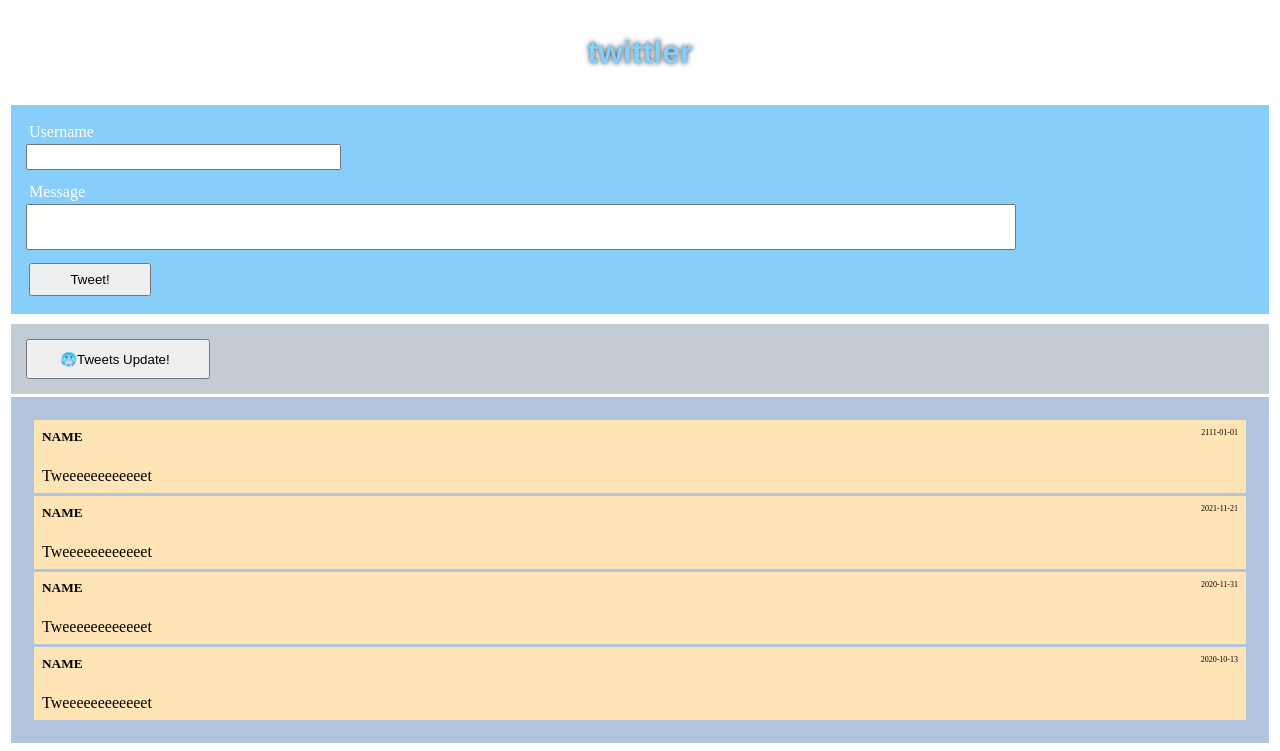
Repository: rlatlswo135/my_workstation
Page: im-sprint-twittler-master/index.html
These files come from the project's save history. The page is drawn as it stood at one moment and after the next save; the edit follows.
The browser window is 1280 px wide. The pictures show the whole page.

Above is the page before, as saved 2021-05-27 15:19:17.
Console error: TypeError: Cannot set properties of null (setting 'innerHTML')

After the next save:
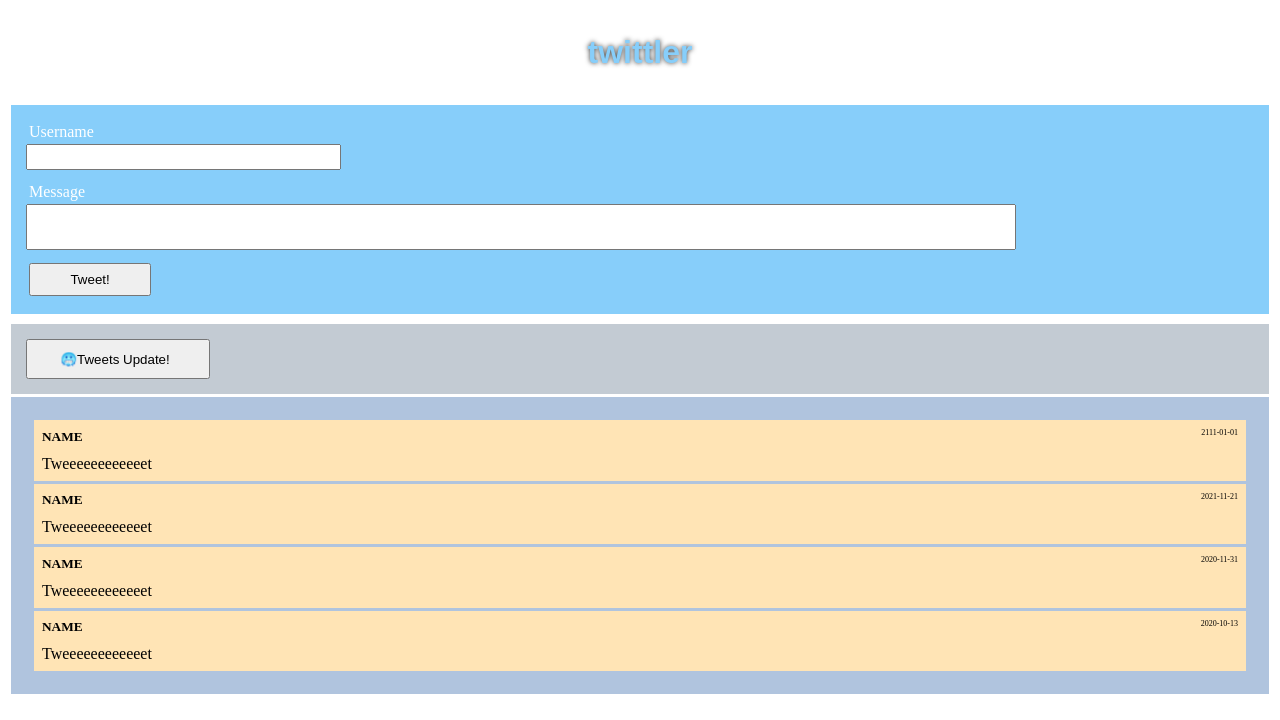
Saved 11 s later.
--- a/im-sprint-twittler-master/main.css
+++ b/im-sprint-twittler-master/main.css
@@ -66,5 +66,5 @@
 }
 h5 {
   margin-top: 0.5px;
-  margin-bottm: 10px;
+  margin-bottom: 10px;
 }
